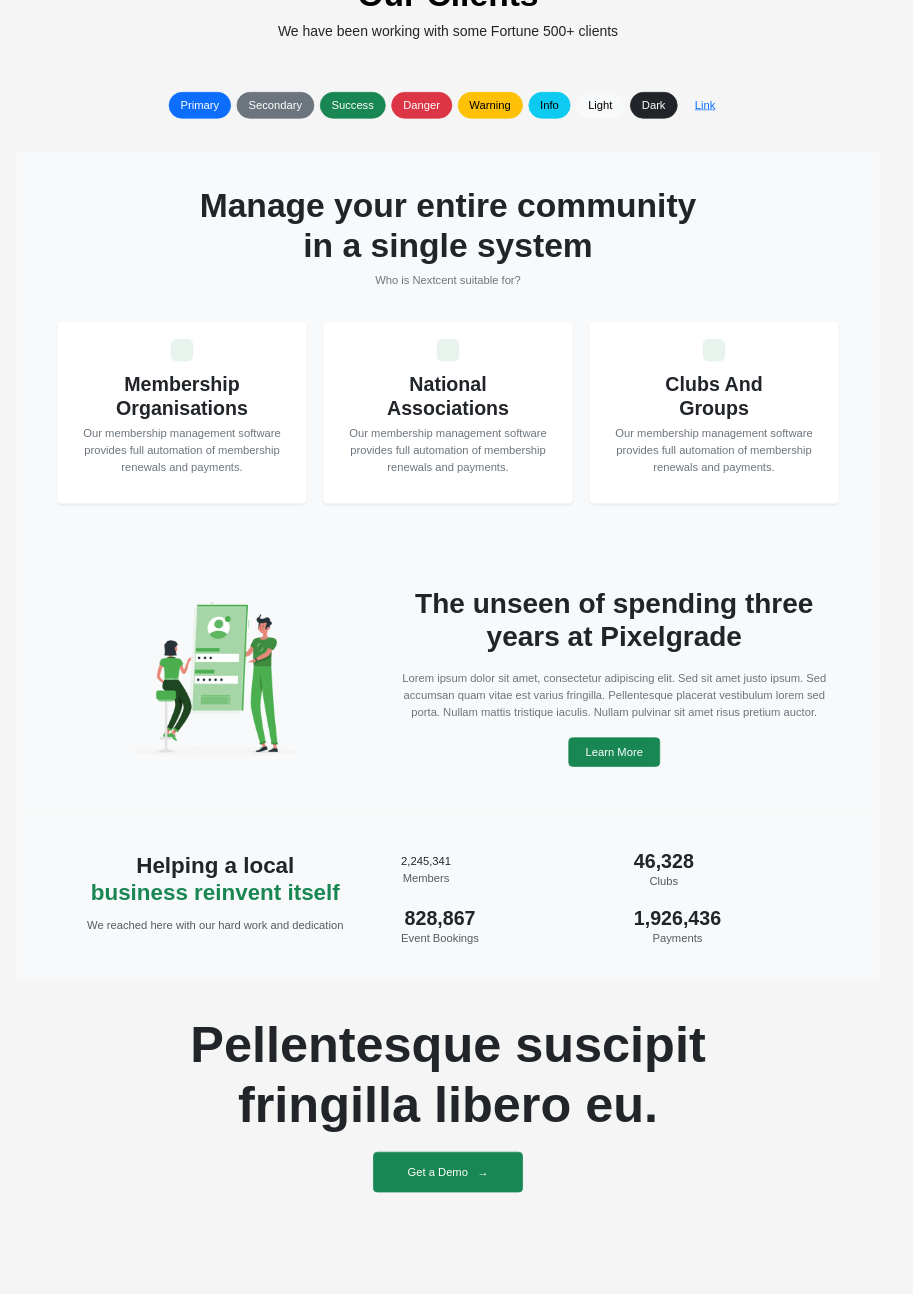
Repository: Laibaaa10/Bootstrap1
Page: index.html
The author's editor kept a copy of each file at every save. The page is drawn from the files as they stood at one save, then again after the next save.
The browser window is 1280 px wide. The page is 1304 px wide, so the pictures cover 1304 px, including what lies to the right of the window. The pictures show the part of the page from y = 948 to 2828 px (the page is 2796 px tall before and 2828 px after), at 70% of full size.

Above is the page before, as saved 2026-06-18 07:52:00.

### index.html
<!DOCTYPE html>
<html lang="en">

<head>
    <meta charset="UTF-8">
    <meta name="viewport" content="width=device-width, initial-scale=1.0">
    <title>Navbar</title>
    <link href="https://cdn.jsdelivr.net/npm/bootstrap@5.3.3/dist/css/bootstrap.min.css" rel="stylesheet">
    <link rel="stylesheet" href="style.css">
</head>

<body>
    <!-- Navbar start  -->

    <nav class="navbar navbar-expand-lg custom-navbar">
        <div class="container">


            <a class="navbar-brand d-flex align-items-center w-" href="#">
                <img src="./images/Logo (1).png" alt="Logo" class="logo">
            </a>



            <button class="navbar-toggler" type="button" data-bs-toggle="collapse" data-bs-target="#navbarContent">
                <span class="navbar-toggler-icon"></span>
            </button>

            <div class="collapse navbar-collapse" id="navbarContent">

                <ul class="navbar-nav mx-auto mb-2 mb-lg-0">
                    <li class="nav-item">
                        <a class="nav-link active" href="#">Home</a>
                    </li>
                    <li class="nav-item">
                        <a class="nav-link" href="#">Features</a>
                    </li>
                    <li class="nav-item">
                        <a class="nav-link" href="#">Community</a>
                    </li>
                    <li class="nav-item">
                        <a class="nav-link" href="#">Blog</a>
                    </li>
                    <li class="nav-item">
                        <a class="nav-link" href="#">Pricing</a>
                    </li>
                </ul>
                <a href="#" class="btn register-btn">
                    Register Now →
                </a>

            </div>
        </div>
    </nav>
    <!-- Navbar end -->

    <!-- Hero section start  -->

    <div class="row flex-lg-row-reverse align-items-center g-5 py-5">
        <div class="col-10 col-sm-8 col-lg-6"> <img src="./images/Illustration.png" class="d-block mx-lg-auto img-fluid"
                alt="Bootstrap Themes" width="700" height="500" loading="lazy"> </div>
        <div class="col-lg-6">
            <h1 class="display-5 fw-bold text-body-emphasis lh-1 mb-3">Lessons and insights</h1>
            <h1 class="display-5 fw-bold text-body-emphasis lh-1 mb-3 bg">from 8 years</h1>
            <p class="lead">where to grow your business as a photographer: site or social media</p>
            <div class="d-grid gap-2 d-md-flex justify-content-md-start"> <button type="button"
                    class="btn btn-outline-secondary btn-lg px-4 bgcolor">Register</button> </div>
        </div>
    </div>

    <div class="px-4 py-5 my-5 text-center">
        <h1 class="display-5 fw-bold text-body-emphasis">Our Clients</h1>
        <div class="col-lg-6 mx-auto">
            <p class="lead mb-4">We have been working with some Fortune 500+ clients</p>
        </div>
        <div class="d-flex gap-2 justify-content-center py-5"> <button class="btn btn-primary rounded-pill px-3"
                type="button">Primary</button> <button class="btn btn-secondary rounded-pill px-3"
                type="button">Secondary</button> <button class="btn btn-success rounded-pill px-3"
                type="button">Success</button> <button class="btn btn-danger rounded-pill px-3"
                type="button">Danger</button> <button class="btn btn-warning rounded-pill px-3"
                type="button">Warning</button> <button class="btn btn-info rounded-pill px-3"
                type="button">Info</button> <button class="btn btn-light rounded-pill px-3" type="button">Light</button>
            <button class="btn btn-dark rounded-pill px-3" type="button">Dark</button> <button
                class="btn btn-link rounded-pill px-3" type="button">Link</button> </div>


             <section class="py-5 bg-light">
    <div class="container">

        <div class="text-center mb-5">
            <h1 class="fw-bold display-5 text-dark">
                Manage your entire community <br>
                in a single system
            </h1>

            <p class="text-secondary">
                Who is Nextcent suitable for?
            </p>
        </div>

        <div class="row g-4">
            <div class="col-md-4">
                <div class="card border-0 shadow-sm h-100 text-center p-4">

                    <div class="mx-auto bg-success bg-opacity-10 rounded-3 p-3 mb-3">
                        <i class="bi bi-people fs-2 text-success"></i>
                    </div>

                    <h3 class="fw-bold">
                        Membership <br> Organisations
                    </h3>

                    <p class="text-secondary">
                        Our membership management software provides full automation of membership renewals and payments.
                    </p>

                </div>
            </div>
            <div class="col-md-4">
                <div class="card border-0 shadow-sm h-100 text-center p-4">

                    <div class="mx-auto bg-success bg-opacity-10 rounded-3 p-3 mb-3">
                        <i class="bi bi-building fs-2 text-success"></i>
                    </div>

                    <h3 class="fw-bold">
                        National <br> Associations
                    </h3>

                    <p class="text-secondary">
                        Our membership management software provides full automation of membership renewals and payments.
                    </p>

                </div>
            </div>
            <div class="col-md-4">
                <div class="card border-0 shadow-sm h-100 text-center p-4">

                    <div class="mx-auto bg-success bg-opacity-10 rounded-3 p-3 mb-3">
                        <i class="bi bi-diagram-3 fs-2 text-success"></i>
                    </div>

                    <h3 class="fw-bold">
                        Clubs And <br> Groups
                    </h3>

                    <p class="text-secondary">
                        Our membership management software provides full automation of membership renewals and payments.
                    </p>

                </div>
            </div>

        </div>

    </div>
</section>

<section class="bg-light py-5">
    <div class="container">
        <div class="row align-items-center">
            <div class="col-lg-5 text-center mb-4 mb-lg-0">
                <img src="./images/Frame 35.png" alt="Illustration"
                     class="img-fluid">
            </div>

            <div class="col-lg-7">
                <h1 class="fw-bold text-dark mb-4">
                    The unseen of spending three years at Pixelgrade
                </h1>

                <p class="text-secondary mb-4">
                    Lorem ipsum dolor sit amet, consectetur adipiscing elit.
                    Sed sit amet justo ipsum. Sed accumsan quam vitae est
                    varius fringilla. Pellentesque placerat vestibulum lorem
                    sed porta. Nullam mattis tristique iaculis. Nullam pulvinar
                    sit amet risus pretium auctor.
                </p>

                <button class="btn btn-success px-4 py-2">
                    Learn More
                </button>
            </div>

        </div>
    </div>
</section>

<!-- Stats Section Start -->
<section class="bg-light py-5">
    <div class="container">
        <div class="row align-items-center">

            <div class="col-lg-5">
                <h2 class="fw-bold text-dark">
                    Helping a local <br>
                    <span class="text-success">business reinvent itself</span>
                </h2>
                <p class="text-muted mt-3">
                    We reached here with our hard work and dedication
                </p>
            </div>
            <div class="col-lg-7">
                <div class="row g-4">

                    <div class="col-md-6 d-flex align-items-center">
                        <i class="fa-solid fa-users text-success fs-1 me-3"></i>
                        <div>
                            <img
                            <h3 class="fw-bold mb-0">2,245,341</h3>
                            <p class="text-muted mb-0">Members</p>
                        </div>
                    </div>

                    <div class="col-md-6 d-flex align-items-center">
                        <i class="fa-solid fa-handshake text-success fs-1 me-3"></i>
                        <div>
                            <h3 class="fw-bold mb-0">46,328</h3>
                            <p class="text-muted mb-0">Clubs</p>
                        </div>
                    </div>

                    <div class="col-md-6 d-flex align-items-center">
                        <i class="fa-solid fa-calendar-check text-success fs-1 me-3"></i>
                        <div>
                            <h3 class="fw-bold mb-0">828,867</h3>
                            <p class="text-muted mb-0">Event Bookings</p>
                        </div>
                    </div>

                    <div class="col-md-6 d-flex align-items-center">
                        <i class="fa-regular fa-credit-card text-success fs-1 me-3"></i>
                        <div>
                            <h3 class="fw-bold mb-0">1,926,436</h3>
                            <p class="text-muted mb-0">Payments</p>
                        </div>
                    </div>

                </div>
            </div>

        </div>
    </div>
</section>
<!-- Stats Section End -->

<!--Demo Section Start-->
<section class="py-5 text-center">
    <div class="container">
        <h1 class="display-2 fw-bold text-dark mb-4">
            Pellentesque suscipit <br>
            fringilla libero eu.
        </h1>

        <button class="btn btn-success px-5 py-3">
            Get a Demo &nbsp; →
        </button>
    </div>
</section>
<!--Demo Section End-->

</body>
</html>
        <script src="https://cdn.jsdelivr.net/npm/bootstrap@5.3.3/dist/js/bootstrap.bundle.min.js"></script>

</body>

</html>

### style.css
body {
    margin: 0;
    background: #f5f5f5;
    font-family: Arial, sans-serif;
}

.custom-navbar {
    background: #ffffff;
    padding: 12px 0;
    box-shadow: 0 1px 5px rgba(0,0,0,0.05);
}

.logo {
    height: 45px;
    width: auto;
}

.navbar-nav .nav-link {
    color: #333;
    font-size: 15px;
    font-weight: 500;
    margin: 0 12px;
    transition: 0.3s;
}

.navbar-nav .nav-link:hover,
.navbar-nav .nav-link.active {
    color: #28a745;
}

.register-btn {
    background: #4CAF50;
    color: #fff;
    padding: 10px 24px;
    border-radius: 4px;
    font-size: 14px;
    font-weight: 500;
    text-decoration: none;
    transition: 0.3s;
}

.register-btn:hover {
    background: #43a047;
    color: #fff;
}

@media (max-width: 991px) {
    .navbar-nav {
        text-align: center;
        padding: 15px 0;
    }

    .register-btn {
        display: block;
        width: fit-content;
        margin: 15px auto 0;
    }
}
.bgcolor{
    background-color: #4CAF4F;
    text-decoration: none;
    color: white;
}

After the next save:
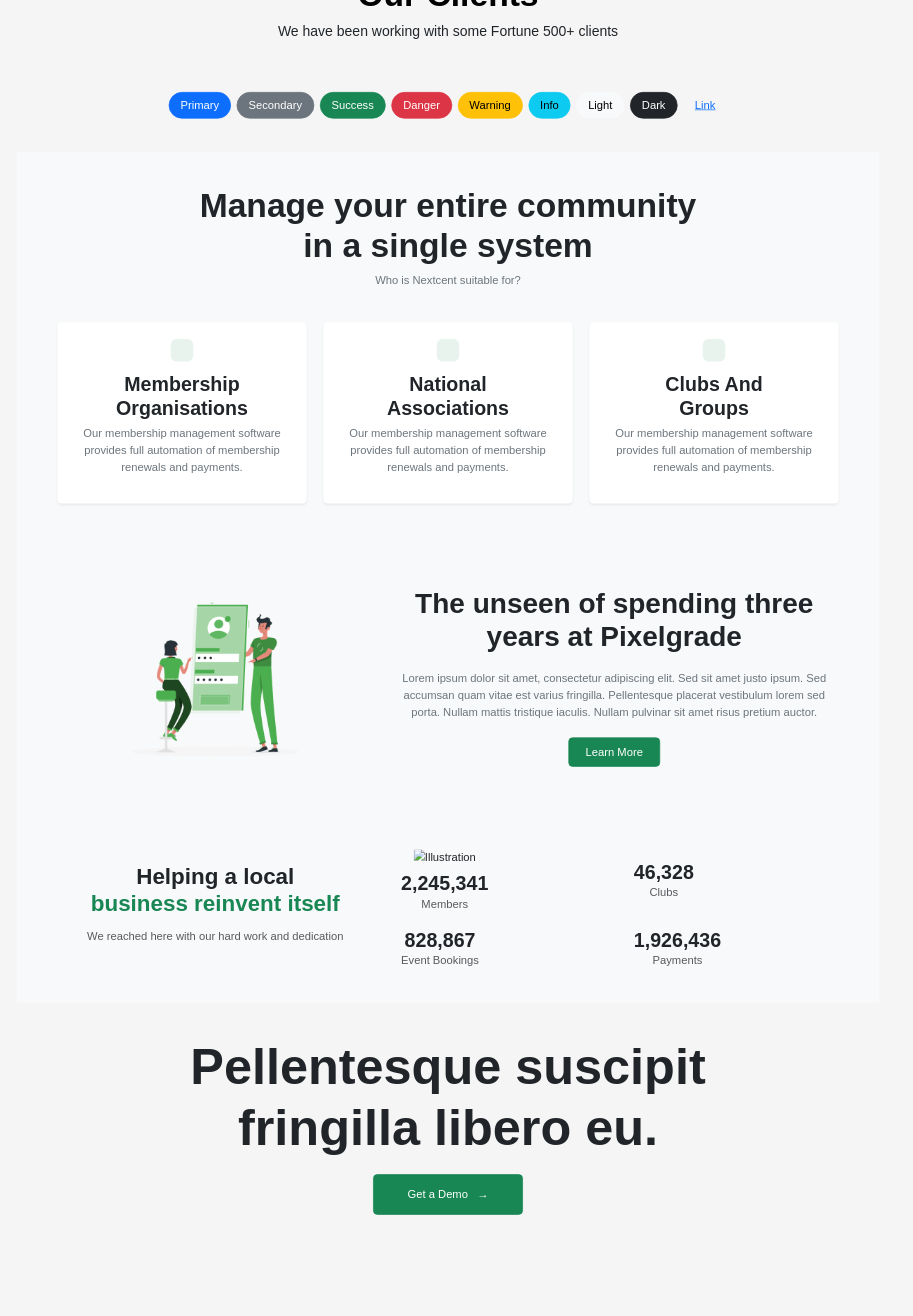
Not found: images/Frame 36.png
Saved 5 s later.
--- a/index.html
+++ b/index.html
@@ -206,7 +206,7 @@
                     <div class="col-md-6 d-flex align-items-center">
                         <i class="fa-solid fa-users text-success fs-1 me-3"></i>
                         <div>
-                            <img
+                            <img src="./images/Frame 36.png" alt="Illustration" class="img-fluid mb-2">
                             <h3 class="fw-bold mb-0">2,245,341</h3>
                             <p class="text-muted mb-0">Members</p>
                         </div>
